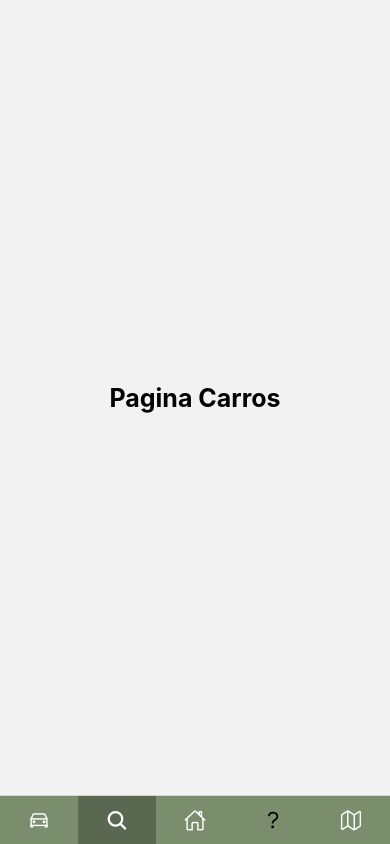
Repository: GabrielAron/EcoWheels
Screen: /Explorar
The author's editor kept a copy of each file at every save. The screen is drawn from the files as they stood at one save, then again after a run of saves.
The app was drawn by React Native's web renderer in a window 390 px wide. The project was rebuilt for these pictures with package versions that can differ from the ones it lists, and the page was loaded fresh each time. Also part of the build but not shown: src/Paginas/Home/index.js, src/Paginas/Ajuda/index.js, src/Paginas/Mapa/index.js.

Above is the screen before, as saved 2023-11-07 12:29:05.

After the next 4 saves:
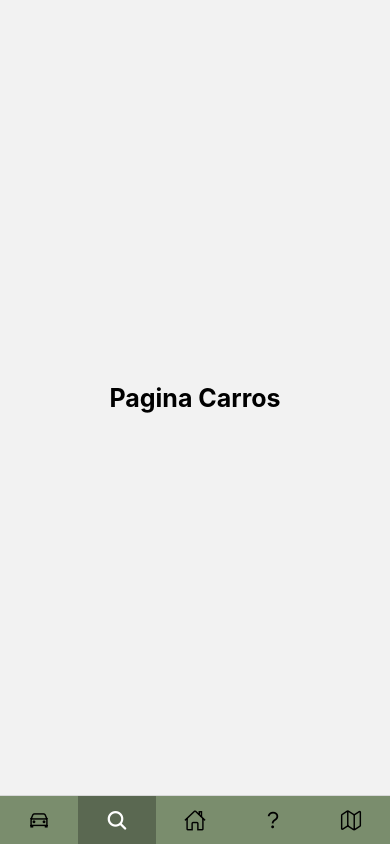
The 4 saves are shown as one change because they came seconds apart.
The last was saved 18 s later.
--- a/src/Paginas/routes.js
+++ b/src/Paginas/routes.js
@@ -44,7 +44,7 @@ export default function Routes() {
               if (focused) {
                 return <Ionicons name="md-car" size={23} color="#FFF" />;
               } else {
-                return <Ionicons name="md-car-outline" size={23} color="#FFF" />;
+                return <Ionicons name="md-car-outline" size={23} color="#000000" />;
               }
             },
           }}
@@ -58,7 +58,7 @@ export default function Routes() {
               if (focused) {
                 return <Ionicons name="md-search" size={23} color="#FFF" />;
               } else {
-                return <Ionicons name="md-search-outline" size={23} color="#FFF" />;
+                return <Ionicons name="md-search-outline" size={23} color="#000000" />;
               }
             },
           }}
@@ -72,7 +72,7 @@ export default function Routes() {
               if (focused) {
                 return <Ionicons name="md-home" size={23} color="#FFF" />;
               } else {
-                return <Ionicons name="md-home-outline" size={23} color="#FFF" />;
+                return <Ionicons name="md-home-outline" size={23} color="#000000" />;
               }
             },
           }}
@@ -100,7 +100,7 @@ export default function Routes() {
               if (focused) {
                 return <Ionicons name="md-map" size={23} color="#FFF" />;
               } else {
-                return <Ionicons name="md-map-outline" size={23} color="#FFF" />;
+                return <Ionicons name="md-map-outline" size={23} color="#000000" />;
               }
             },
           }}
